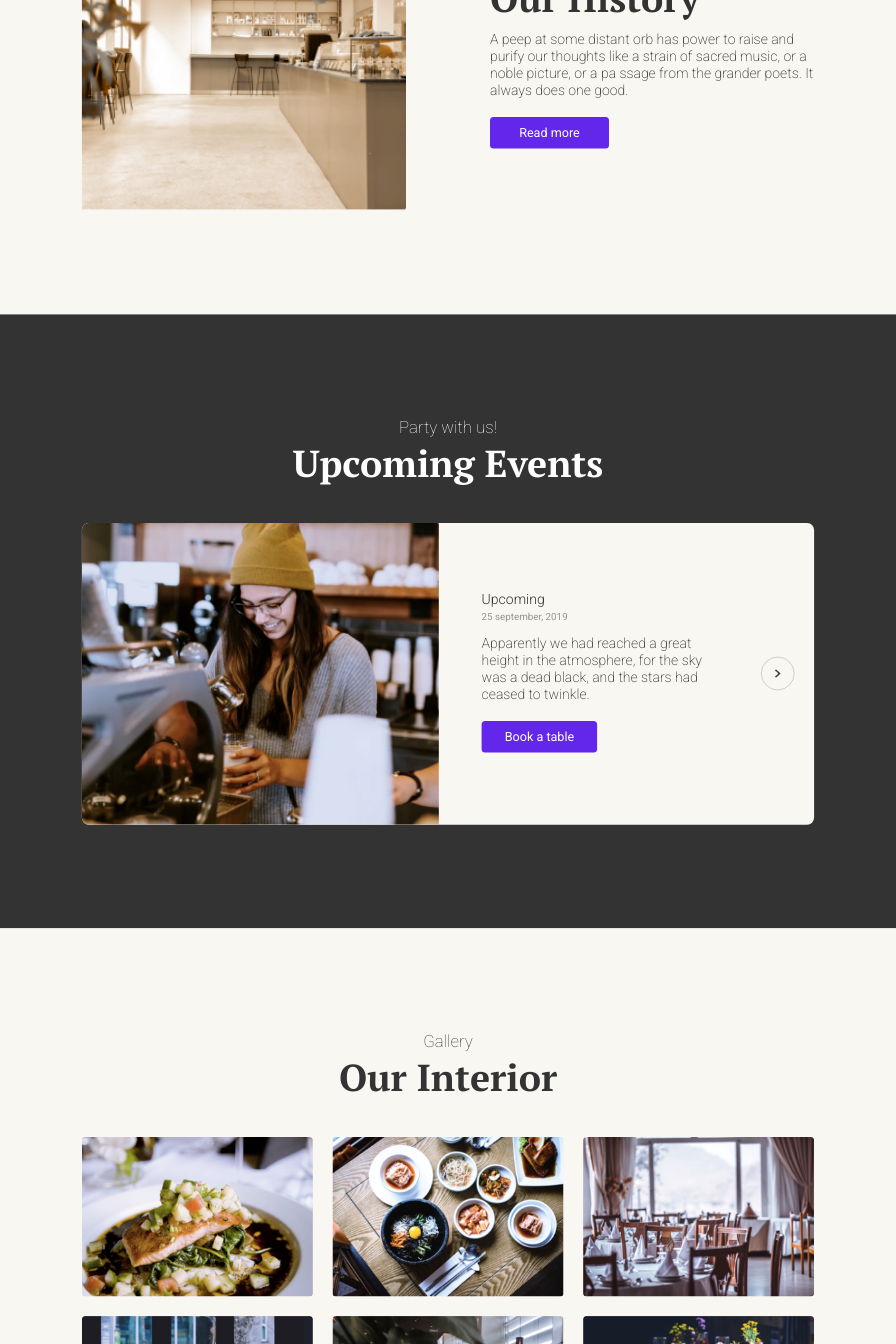
Repository: murilopellis-12/Tailwind-Prova
Page: index.html
These files come from the project's save history. The page is drawn as it stood at one moment and after a run of saves; the edit follows.
The browser window is 1280 px wide. The pictures show the part of the page from y = 1043 to 2963 px (the page is 5662 px tall), at 70% of full size.
Empty fields were first filled with sample values (such as "Sample", 5 or name@example.com).
After loading, the first visible `#seta-proxima-pagina` was clicked once.

Above is the page before, as saved 2026-10-29 15:08:36.

After the next 4 saves:
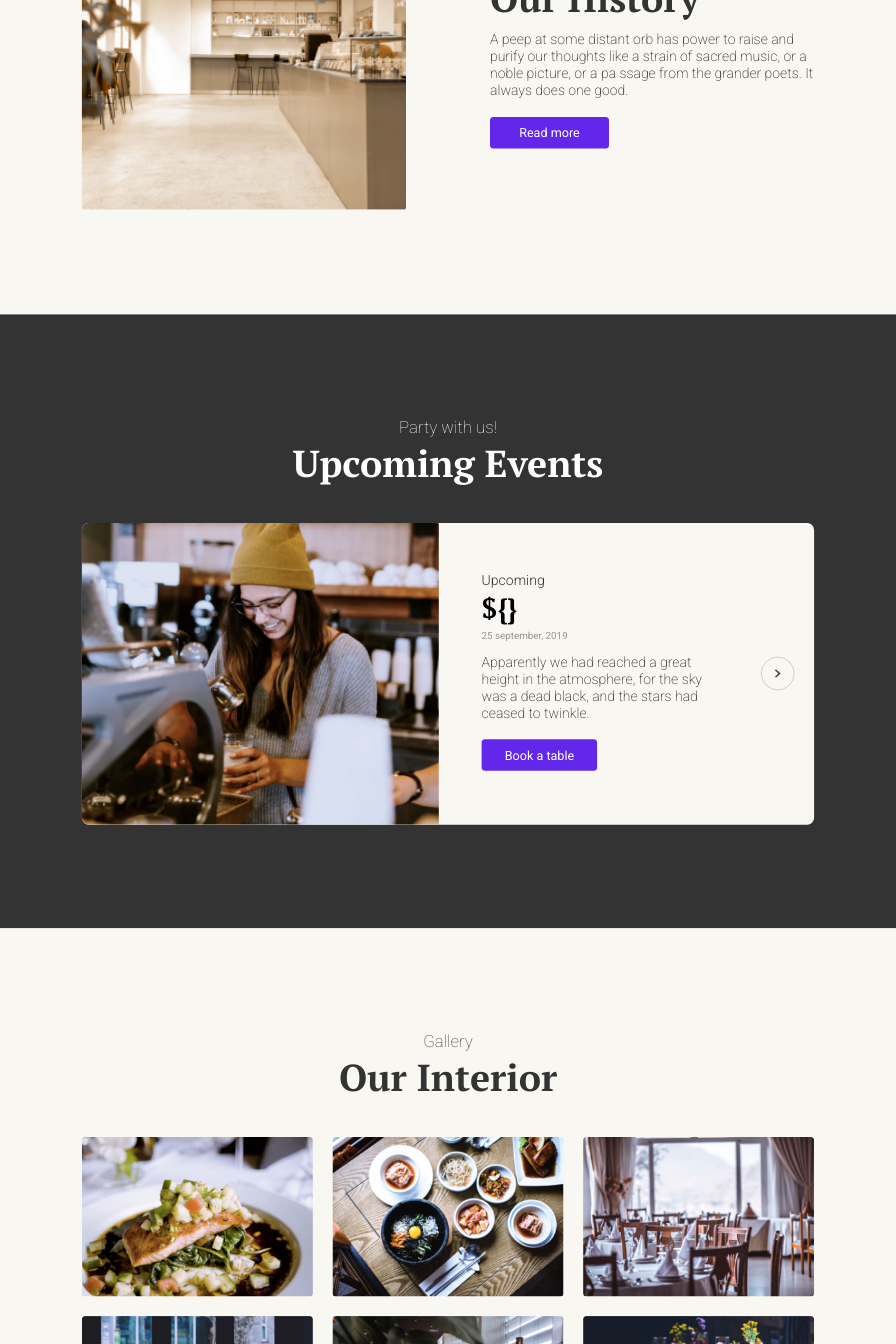
The 4 saves are shown as one change because they came seconds apart.
The last was saved 11 s later.
--- a/app.js
+++ b/app.js
@@ -19,5 +19,5 @@ button.addEventListener("click", () => {
         },
     ]
 
-    h3.textContent = ""
+    h3.textContent = "${}"
 })
